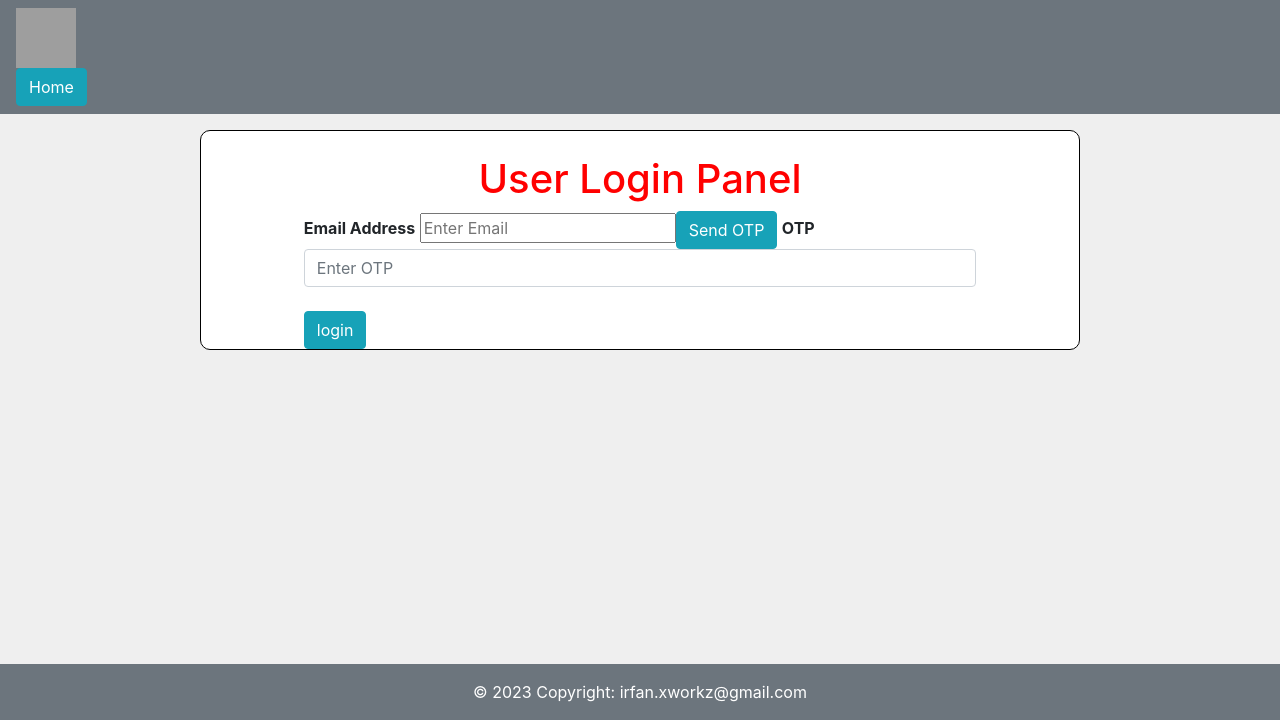
Repository: irfanxworkz/Project
Page: http://localhost/parking/UserLogin.jsp
An editor plug-in stored every save of this project. The page is shown before and after the next save, followed by the edit.
The browser window is 1280 px wide. The pictures show the whole page.
Pictures or frames that could not be fetched are drawn as grey boxes. The page is served by Tomcat 9.

Above is the page before, as saved 2023-07-09 23:49:41.

After the next save:
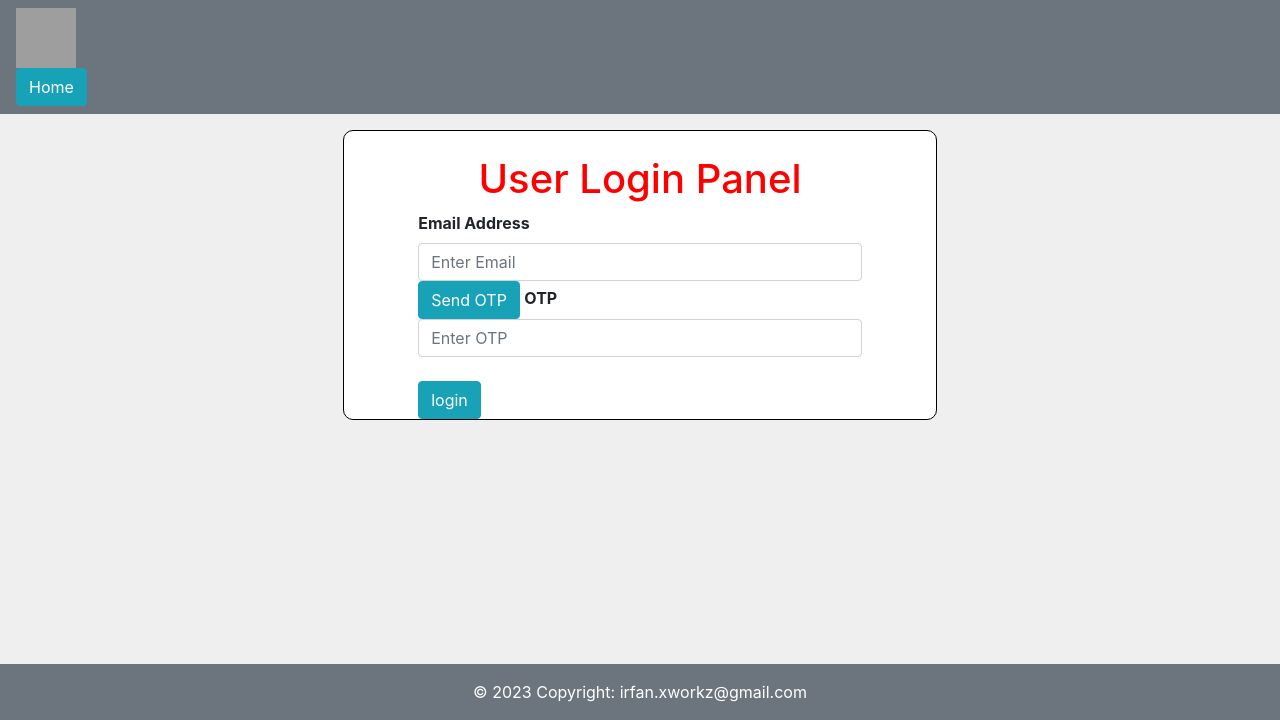
Saved 53 s later.
--- a/parking/src/main/webapp/UserLogin.jsp
+++ b/parking/src/main/webapp/UserLogin.jsp
@@ -18,13 +18,13 @@
 	</div>
 </header>
 <body >
- 	<div class="fieldwrapper">
+ 	<div class="container">
 		<form action="user-login" method="post" style="background-color: white; margin-top: 50px; margin-left: 200px; margin-right: 200px; border: 1px solid black; border-radius: 10px;">
 				<span></span><br>
 				<h1 style="text-align: center; color: red;">User Login Panel</h1>
 			<div class="container">
 			<label for="email"><b>Email Address</b></label>
-			    <input type="email" name="email" id="field_location" class="field r2" placeholder="Enter Email" required="required"><input type="submit" value="Send OTP" class="btn btn-info"><span style="color: red;">${user }</span>
+			    <input type="email" name="email" class="form-control" placeholder="Enter Email" required="required"><input type="submit" value="Send OTP" class="btn btn-info"><span style="color: red;">${user }</span>
 			<label for="otp"><b>OTP</b></label>
 			    <input type="number" name="otp" class="form-control" placeholder="Enter OTP" required="required"><br>
 			 	 <input type="submit" value="login"  class="btn btn-info">
